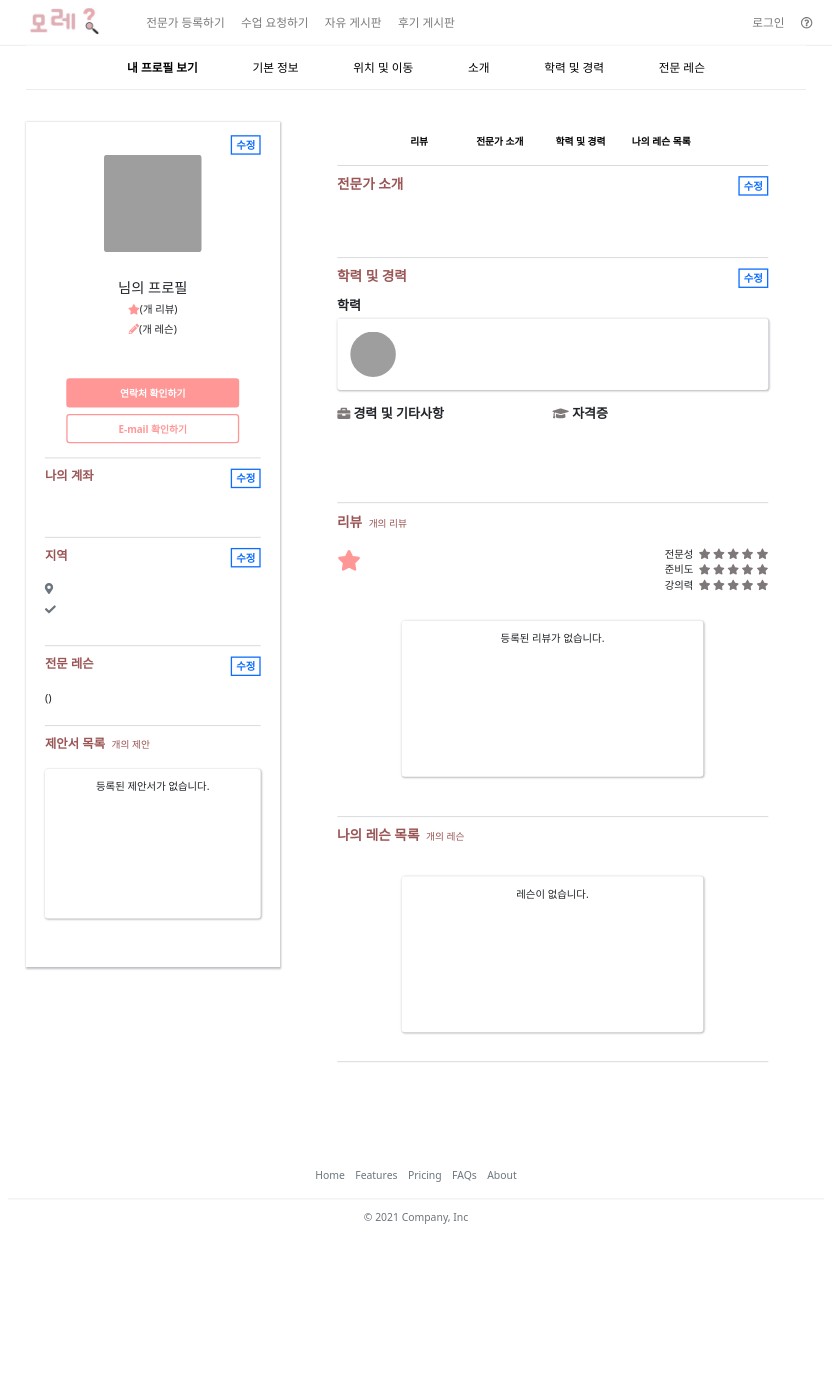
Repository: isssson/MVC2_more
Page: http://localhost/more/WEB-INF/views/expert/expertProfile.jsp
An editor plug-in stored every save of this project. The page is shown before and after the next save, followed by the edit.
The browser window is 1280 px wide. The pictures show the whole page, at 65% of full size.
Pictures or frames that could not be fetched are drawn as grey boxes. Some web libraries are served in a nearby version. The page is served by Tomcat 9. Nobody is signed in. Other server files are loaded and not shown. The template is opened directly, without the code that normally fills it, so the values that code supplies are empty.

Above is the page before, as saved 2021-12-08 01:15:24.
Console error: ReferenceError: kakao is not defined

### more/src/main/webapp/resources/css/expert/expertProfile.css
@charset "UTF-8";

ul {
	list-style: none;
}

hr {
	box-shadow: 1px #bdbfc4;
}

h3 {
	color: #9a5656;
	font-weight: 900;
}

a:link {
	color: black;
	text-decoration: none;
}

a:visit {
	color: black;
	text-decoration: none;
}

h5 {
	font-weight: bold;
}

h2{
	color:#9a5656;
	font-weight: bold;
	margin: 20px auto;
    text-align: center;
}
button{
	color: #0d6efd;
    background-color: white;
    border: 2px solid #0d6efd;
    border-radius: 20px;
    font-weight: bold;
}

#expertNav {
	width: 1200px;
	margin: 0 auto;
	padding-top: 20px;
	padding-bottom: 20px;
	text-align: center;
	background-color: #fff;
	border-bottom: 1px solid #e2e2e2;
}

#expertNav span {
	font-size: 18px;
	padding-right: 40px;
	padding-left: 40px;
}

.expertMain {
	width: 1200px;
	height: 1600px;
	margin: 10px auto;
	display: flex;
}
/* ----------   ---------------leftMenu */
.expertMain .leftMain {
	width: 400px;
	height: 1300px;
	margin-right: 30px;
	margin-top: 40px;
	box-shadow: 1px 1px 3px 1px #bdbfc4;
}

.leftMain .leftMenu {
	width: 85%;
	height: 90%;
	margin: 20px auto;
}

.modify {
	width: 100%;
	height: 30px;
	text-align: right;
}

.profile {
	width: 100%;
	height: 450px;
	text-align: center;
}

.profile img {
	width: 150px;
	height: 150px;
	border-radius: 5px;
	object-fit: cover;
}

.profile div {
	margin-bottom: 20px;
}

.profile h4 {
	font-size: 22px;
	margin-bottom: 10px;
	margin-top: 40px;
}

.profile .name {
	height: 10px;
}

.profile .name svg {
	color: #ff9797;
}

#telBt {
	width: 80%;
	height: 45px;
	font-size: 15px;
	font-weight:bold;
	text-align: center;
	margin: 10px auto;
	padding-top: 10px;
	border-radius: 5px;
	color: white;
	border: 2px solid #ff9797;
	background-color: #ff9797;
	cursor: pointer;
}

#emailBt {
	width: 80%;
	height: 45px;
	font-size: 15px;
	font-weight:bold;
	text-align: center;
	margin: 0 auto;
	padding-top: 10px;
	border-radius: 5px;
	color: #ff9797;
	border: 2px solid #ff9797;
	background-color: white;
	cursor: pointer;
}
#requestBt{
	width: 80%;
	height: 70px;
	font-size: 23px;
	font-weight:bold;
	text-align: center;
	margin: 0 auto;
	padding: 20px;
    background-color: #0d6efd;
	border-radius: 5px;
	cursor: pointer;
}
#requestBt a{
	color:white;
}
.profileContainer {
	width: 100%;
	height: 110px;
}
.profileItem {
	width: 100%;
	height: 25px;
	margin-top: 15px;
	margin-bottom: 25px;
	display: flex;
	justify-content: space-between;
}

.profileContainer h3 {
	width: 190px;
	height: 35px;
	font-size: 19px;
	font-weight: bold;
	margin-top: 0px;
}

.location {
	width: 100%;
	height: 70px;
}

.location div {
	font-size: 17px;
}

.suggestContent{
	width: 100%;
    height: 230px;
    margin: 20px auto;
    border-radius: 5px;
    box-shadow: 1px 1px 3px 1px #bdbfc4;
    position:relative;
}
/* -------------------------rightMenu */
.expertMain .rightMain {
	width: 800px;
	height: 2000px;
}

.rightMain .rightMenu {
	width: 85%;
	height: 90%;
	margin: 40px auto;
}

.rightMain h3 {
	width: 250px;
	height: 35px;
	font-size: 21px;
	font-weight: bold;
	margin-top: 0px;
}

.rightMenu .compleContainer1 {
	width: 100%;
	height: 300px;
	border-radius: 5px;
	box-shadow: 1px 1px 3px 1px #bdbfc4;
}

.compleItems {
	padding: 20px;
}

.compleItem {
	width: 100%;
	height: 70px;
	display: flex;
	justify-content: space-between;
}

.compleItem button, .compleItem2 button {
	width: 80px;
	height: 35px;
	margin-top: 13px;
}

.compleItems div {
	margin-top: 20px;
	text-align: center;
}

.rightMenu .compleContainer2 {
	width: 100%;
	height: 100px;
	margin-top: 40px;
	border-radius: 5px;
	box-shadow: 1px 1px 3px 1px #bdbfc4;
}

.compleItems2 {
	padding: 20px;
}

.compleItem2 {
	width: 100%;
	height: 50px;
	display: flex;
	justify-content: space-between;
}
/* -------------------right 아래 */
.rightContainer {
	width: 100%;
	height: 90%;
	margin-top: 40px;
}

.rightContainer .rightMenubar {
	width: 80%;
	height: 50px;
	margin: 0px auto;
}

.rightMenubar span {
	display: inline-block;
	width: 120px;
	text-align: center;
	line-height: 58px;
	font-size: 15px;
	font-weight: bold;
}

.reviewContainer {
	width: 100%;
}
.reviewContainer1 {
	width: 100%;
	height: 450px;
}

.reviewItem {
	width: 100%;
	height: 30px;
	margin-top: 15px;
	margin-bottom: 15px;
	display: flex;
	justify-content: space-between;
}

.reviewContent1 {
	margin-top: 20px;
	display: flex;
	justify-content: space-between;
}

.reviewContent1 .leftStar {
	width: 33.3%;
	height: 70px;
}

.reviewContent1 .leftStar svg {
	color: #ff9797;
}

.reviewContent1 .rightStar {
	width: 66.6%;
	height: 70px;
	text-align: right;
	display: flex;
	flex-direction: column;
	align-items: flex-end;
}

.rightStar ul {
	margin-top: 0;
	margin-bottom: 0;
}

.rightStar li {
	float: left;
	padding-left: 8px;
}

.reviewContent2 {
	width: 70%;
	height: 240px;
	margin: 45px auto;
	border-radius: 5px;
	box-shadow: 1px 1px 3px 1px #bdbfc4;
	position:relative;
}

.reviewList {
	margin-top: 25px;
	padding: 15px;
	text-align: center;
}
table{
	width:100%;
	margin: 0 auto;
}
th{
	font-size:19px;
	width:80px;
}

tr{
	cursor: pointer;
}
tr:hover{
	color:#ff9797;
}
.specContainer {
	width: 100%;

}

.specContainer h4 {
	margin-bottom: 8px;
}

.careerItems{
	display:flex;
	justify-content:space-between;
}
.careerItem{
	width:50%;
}
.rightMenu .compleContainer3 {
	width: 100%;
	margin-top: 0;
	height: 110px;
	border-radius: 5px;
	box-shadow: 1px 1px 3px 1px #bdbfc4;
}

.specContainer img, #modal_profile img {
	width: 70px;
	height: 70px;
	float: left;
	margin-right:10px;
	border-radius: 100%;
	object-fit: cover;
}

.listContainer{
	width: 100%;
	margin-top: 0;
	height: 200px;
	border-radius: 5px;
	box-shadow: 1px 1px 3px 1px #bdbfc4;
}

.univUl {
	margin-top: 5px;
	padding-left: 90px;
}

.ul {
	margin-top: 7px;
	padding-left: 0;
}

.univUl :nth-child(1), .ul :nth-child(1) {
	font-weight: bold;
}

.spec {
	margin-top: 25px;
	margin-bottom: 60px;
	display: flex;
	justify-content: space-between;
}
.page{
	 text-align:center;
	 position: absolute;
	 left: 45%;
	 bottom: 10px;
}
/*-------------------------------------modal*/
#modal_tel, #modal_email {
	position: fixed;
	top: 0;
	left: 0;
	width: 100%;
	height: 100%;
	display: none;
	background-color: rgba(0, 0, 0, 0.4);
	cursor: pointer;
}

.modal_body {
	position: absolute;
	top: 50%;
	left: 50%;
	width: 500px;
	height: 200px;
	text-align: center;
	background-color: rgb(255, 255, 255);
	border-radius: 10px;
	box-shadow: 0 2px 3px 0 rgba(34, 36, 38, 0.15);
	transform: translateX(-50%) translateY(-50%);
	cursor:default;
}

.modal_body .modal_title{
	width: 100%;
    height: 45px;
    font-size: 17px;
    font-weight: bold;
    color:#9a5656;
    padding: 10px;
    border-bottom: 1px solid rgba(34, 36, 38, 0.15);
}
.modal_body .modal_content{
	width: 100%;
    height: 80%;
    font-size: 21px;
    padding: 50px;
    letter-spacing: 8px;
    font-weight: bold;
}
/*-------------------------------------modal*/
.modalContainer{
	position: fixed;
	background: rgba(0,0,0,0.8);
	left:0; right:0; top:0; bottom:0;
	display:flex;
	justify-content: center;
	align-items: center;
}
.modali{
	width:400px;
	height:680px;
	background-color: white;
    border-radius: 10px;
    position: relative;
}
.reviewDel{
	position: absolute;
	left:75%;
	top:12%;
}
.reviewDel span{
	border:1px solid gray;
	padding:5px;
	border-radius: 5px;
}
.modali .cate{
    width:50%;
    margin: 20px auto;
    border-radius: 10px;
    color: white;
    background-color: #ff9797;
    font-size: 15px;
    padding: 10px;
    text-align: center;
}
.modali .content{
    margin-bottom: 40px;
    margin-top: 40px;
    padding-left: 30px;
    padding-right: 30px;
    height: 320px;
}
.modali .star{
    text-align: center;
}
.modali .studentName{
    padding: 5px;
    font-weight:bold;
    text-align:center;
}
.modali .revBt{
    width: 90%;
    height: 50px;
    margin: 15px auto;
    text-align: center;
    border-radius: 10px;
    font-size: 18px;
    font-weight:bold;
    line-height: 50px;
    color: white;
    background-color: #ff9797;
}
.modali .revBt:hover{
	color:#ff9797;
	background-color: white;
}

Loaded but not shown: more/src/main/webapp/resources/css/bootstrap.min.css (library); more/src/main/webapp/WEB-INF/views/header.jsp (106 lines, source omitted); more/src/main/webapp/resources/css/header.css (84 lines, source omitted); more/src/main/webapp/WEB-INF/views/footer.jsp (17 lines, source omitted); more/src/main/webapp/resources/css/footer.css (4 lines, source omitted); more/src/main/webapp/WEB-INF/views/expert/expertProfile.jsp (664 lines, source omitted)

After the next save:
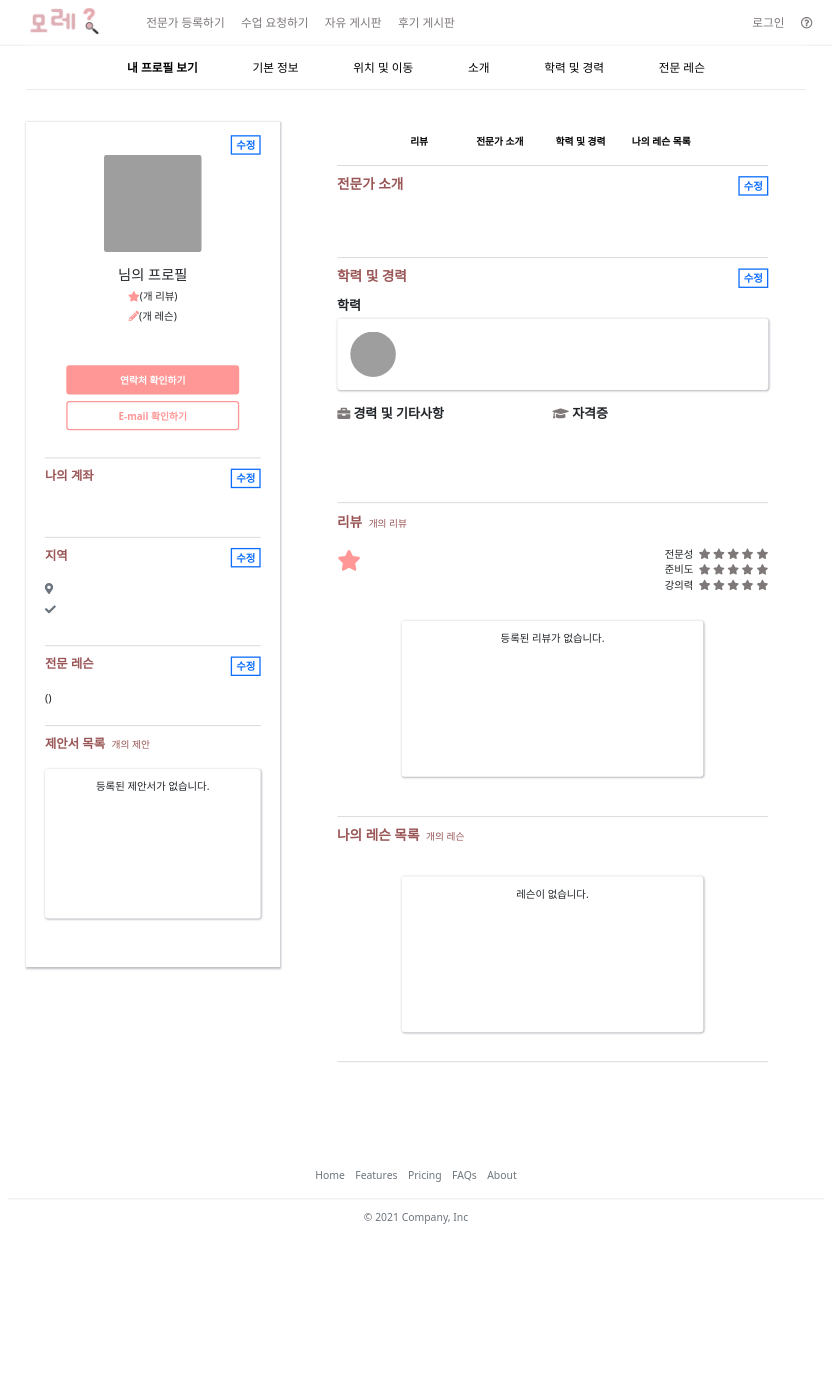
Saved 5 min 20 s later.
--- a/more/src/main/webapp/resources/css/expert/expertProfile.css
+++ b/more/src/main/webapp/resources/css/expert/expertProfile.css
@@ -104,7 +104,7 @@ button{
 .profile h4 {
 	font-size: 22px;
 	margin-bottom: 10px;
-	margin-top: 40px;
+	margin-top: 20px;
 }
 
 .profile .name {
